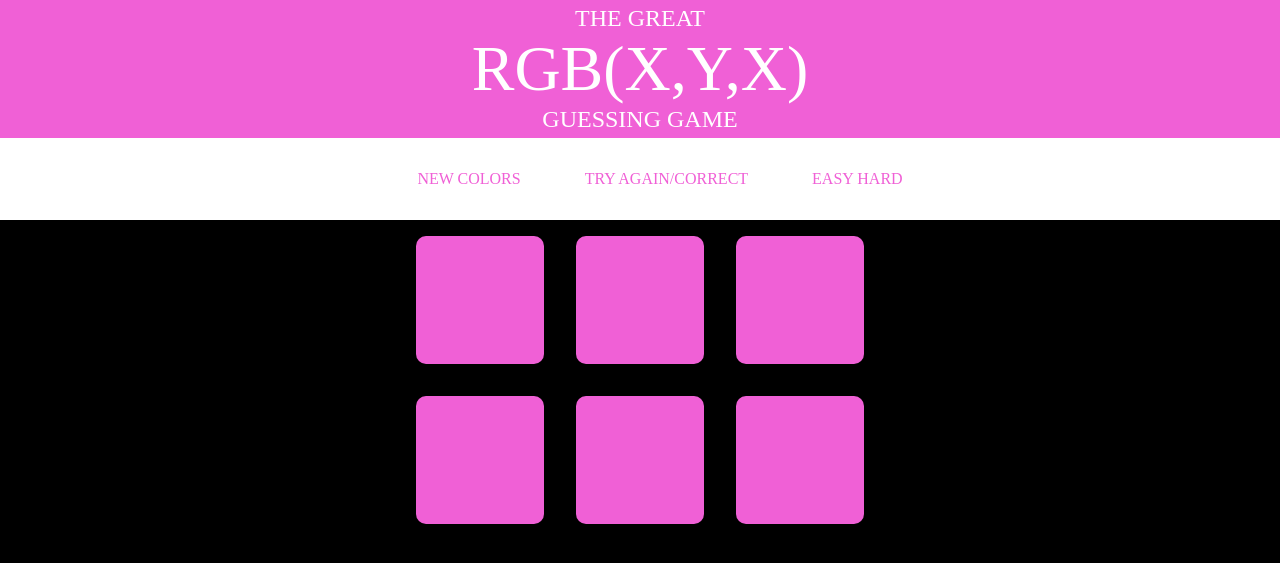
Repository: EEOOOO/javascript-projects
Page: rgbColorGameApp/index.html
An editor plug-in stored every save of this project. The page is shown before and after the next save, followed by the edit.
The browser window is 1280 px wide. The pictures show the whole page.

Above is the page before, as saved 2022-07-18 18:49:14.

After the next save:
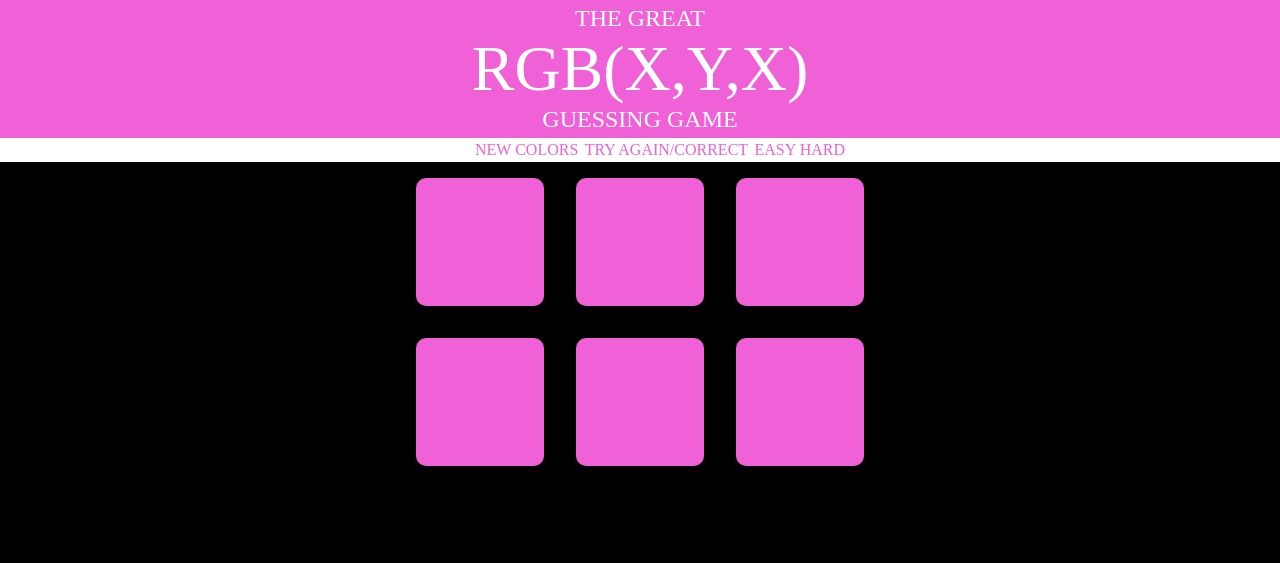
Saved 6 s later.
--- a/rgbColorGameApp/style.css
+++ b/rgbColorGameApp/style.css
@@ -35,7 +35,7 @@ header {
   color: var(--color-now);
 }
 .headerButtons li {
-  padding: 2rem;
+  padding: 0.2rem;
 }
 .headerButtons li:hover {
   background-color: var(--color-now);
